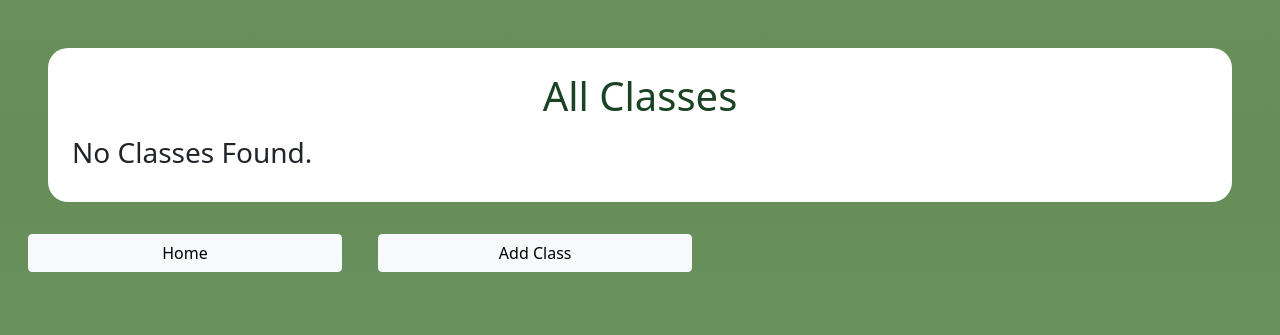
Repository: ronetteguevara/CalTech-ZumbaApp
Page: http://localhost/ZumbaApp/ViewClasses.jsp
The author's editor kept a copy of each file at every save. The page is drawn from the files as they stood at one save, then again after the next save.
The browser window is 1280 px wide. The pictures show the whole page.
The page is served by Tomcat 10. Queries for data that is not in the repository find no rows.

Above is the page before, as saved 2024-05-03 02:23:14.

After the next save:
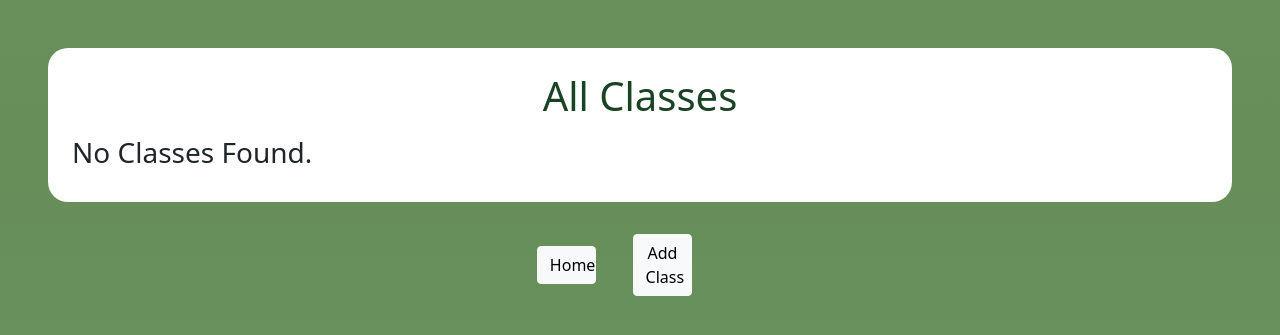
Saved 23 s later.
--- a/ZumbaApp/ZumbaApp/src/main/webapp/ViewClasses.jsp
+++ b/ZumbaApp/ZumbaApp/src/main/webapp/ViewClasses.jsp
@@ -55,7 +55,7 @@
             out.print("</div>");
             out.print("</div>");
         %>
-        <div class="container-fluid justify-content-center">
+        <div class="container-fluid center">
 		<a class="w-25 btn btn-primary btn-light mt-2 mb-5 mx-3" href="Home.jsp">Home</a>
 		<a class="w-25 btn btn-primary btn-light mt-2 mb-5 mx-3" href="add-class.html">Add Class</a>
 		</div>

After the 3 saves that followed:
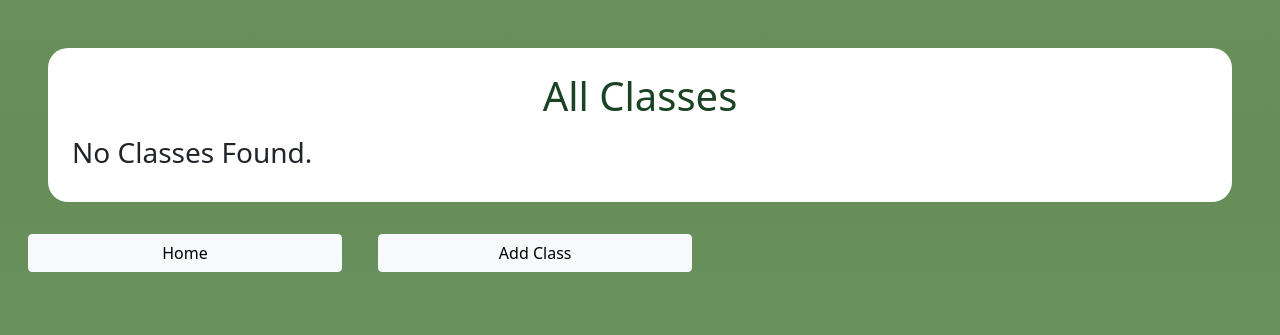
The 3 saves are shown as one change because 2 left the picture as it was.
The last was saved 75 s later.
--- a/ZumbaApp/ZumbaApp/src/main/webapp/style.css
+++ b/ZumbaApp/ZumbaApp/src/main/webapp/style.css
@@ -26,7 +26,6 @@ h1 {
 }
 
 .center {
-  max-width: fit-content;
   margin-left: auto;
   margin-right: auto;
 }
